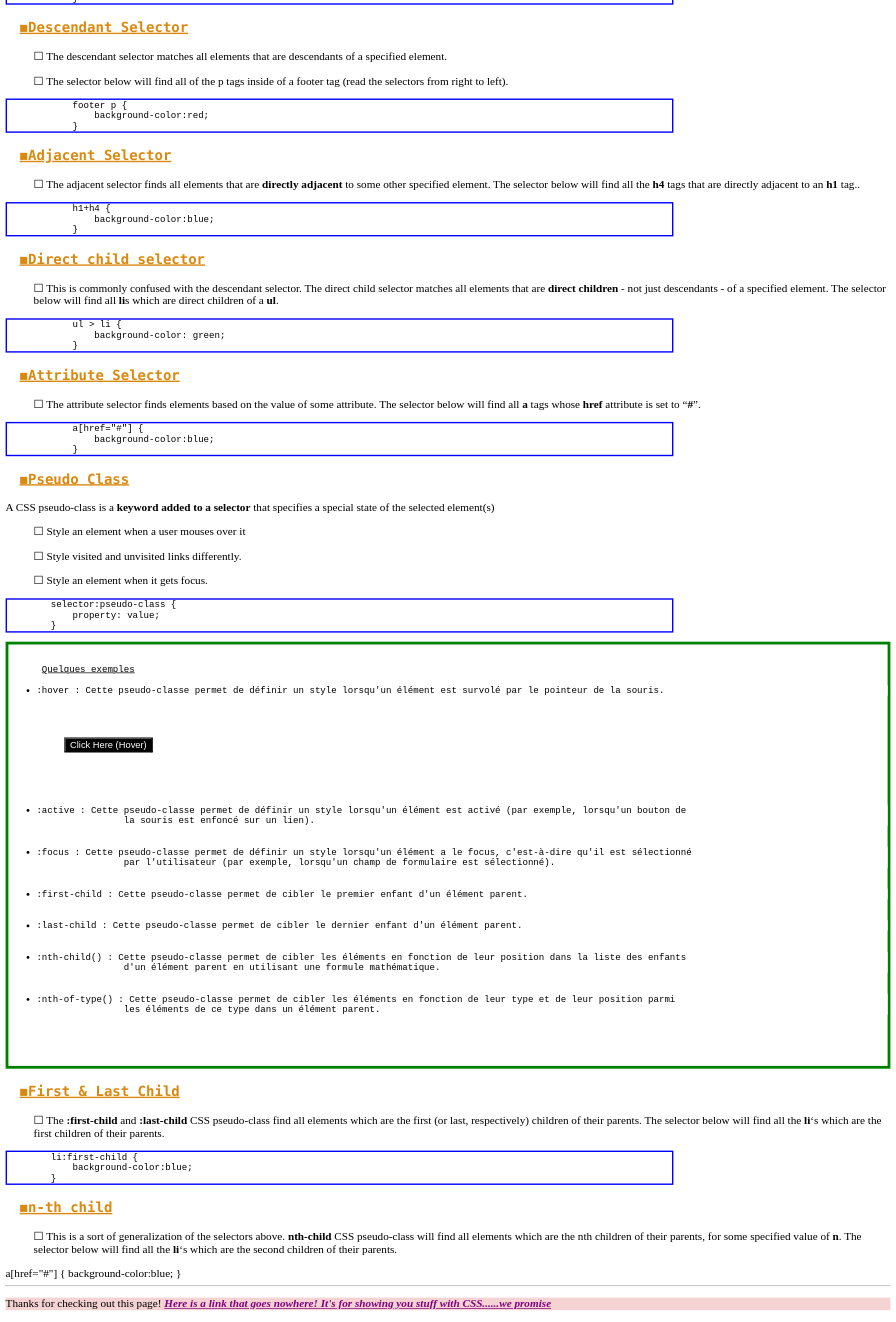
Repository: AnnaSpirit/Tests__
Page: CSS/Useful_Selectors.html
The author's editor kept a copy of each file at every save. The page is drawn from the files as they stood at one save, then again after the next save.
The browser window is 1280 px wide. The pictures show the part of the page from y = 714 to 2634 px (the page is 2602 px tall before and 2634 px after), at 70% of full size.

Above is the page before, as saved 2024-04-03 18:42:30.

After the next save:
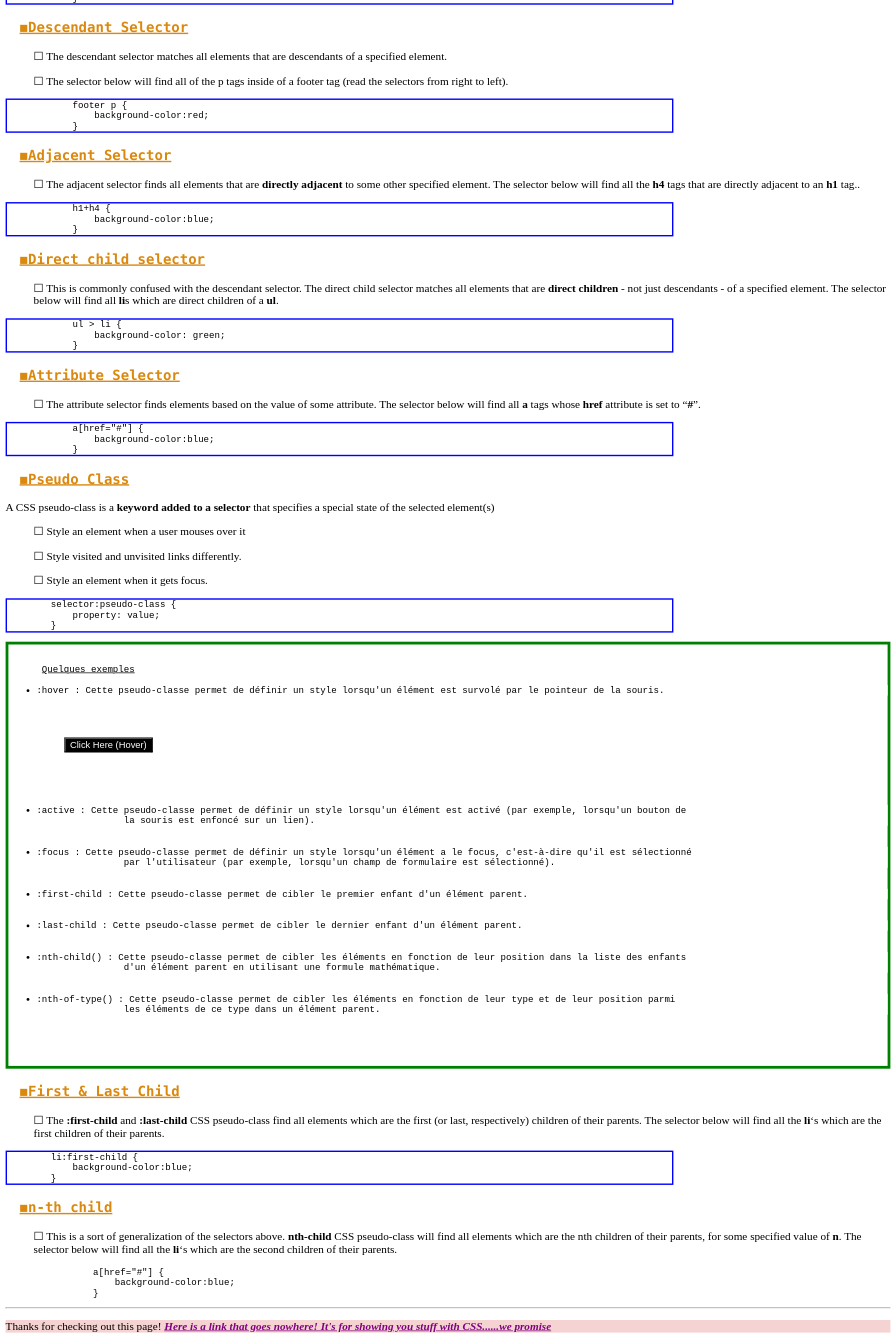
Saved 9 s later.
--- a/CSS/Useful_Selectors.html
+++ b/CSS/Useful_Selectors.html
@@ -148,10 +148,10 @@
     <p style="padding-left: 40px;">&#9744; This is a sort of generalization of the selectors above. <b>nth-child</b> CSS pseudo-class will find all elements which are the
     nth children of their parents, for some specified value of <b>n</b>. The selector below will find all the <b>li</b>‘s which are the second children of their parents.</p>
     <span>
-        <pre.classblue>
+        <pre>
                 a[href="#"] {
                     background-color:blue;
-                }</pre.classblue>
+                }</pre>
     </span>
     </section>
     <hr>

After the 5 saves that followed:
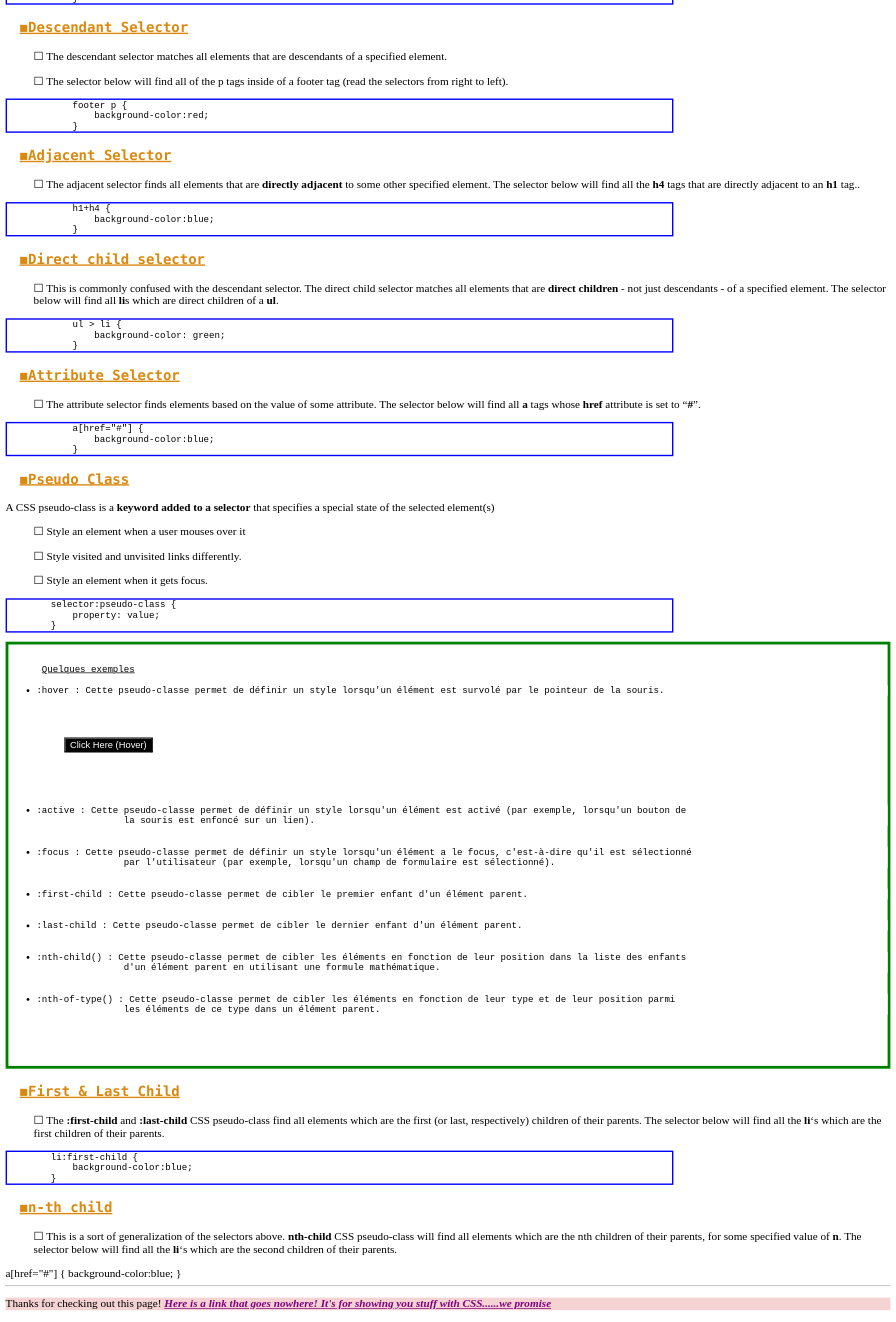
The 5 saves are shown as one change because 2 left the picture as it was and some came seconds apart.
The last was saved 2 min 8 s later.
--- a/CSS/Useful_Selectors.html
+++ b/CSS/Useful_Selectors.html
@@ -148,10 +148,10 @@
     <p style="padding-left: 40px;">&#9744; This is a sort of generalization of the selectors above. <b>nth-child</b> CSS pseudo-class will find all elements which are the
     nth children of their parents, for some specified value of <b>n</b>. The selector below will find all the <b>li</b>‘s which are the second children of their parents.</p>
     <span>
-        <pre>
+        <pre.classblue>
                 a[href="#"] {
                     background-color:blue;
-                }</pre>
+                }</pre.classblue>
     </span>
     </section>
     <hr>
--- a/CSS/style_Selectors.css
+++ b/CSS/style_Selectors.css
@@ -19,7 +19,8 @@ section>ul>li {
 }
 
 .classblue{
-
+    border: 2px solid orangered;
+    margin-right: 310px
 }
 
 h3{
